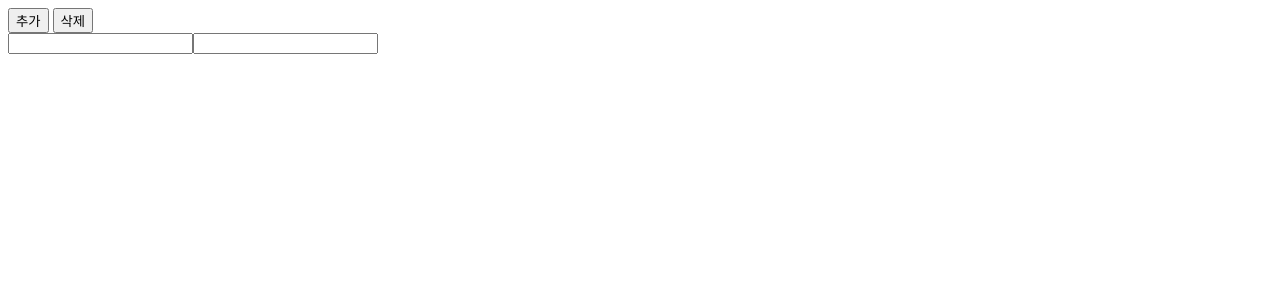
Repository: shouvoo/bitAcademy
Page: work/jsp/06_javascript/WebContent/08_ajax/test12_quiz.html
An editor plug-in stored every save of this project. The page is shown before and after the next save, followed by the edit.
The browser window is 1280 px wide. The pictures show the whole page.
After loading, the first visible `#btn0` was clicked once.
Some web libraries are served in a nearby version.

Above is the page before, as saved 2017-11-15 08:18:13.

### work/jsp/06_javascript/WebContent/08_ajax/test12_quiz.html
<!DOCTYPE html>
<html>
<head>
<meta charset="UTF-8">
<title>Insert title here</title>
<script
  src="https://code.jquery.com/jquery-3.2.1.js"
  integrity="sha256-DZAnKJ/6XZ9si04Hgrsxu/8s717jcIzLy3oi35EouyE="
  crossorigin="anonymous">
</script>
</head>
<body>
	<button id="btn0">추가</button>
	<button id="btn1">삭제</button>

	<div id="container"></div>


	<script type="text/javascript">

		var $btn0 = $("#btn0");
		var $btn1 = $("#btn1");

		var con = $("#container");

		$btn0.click(function (e){
			var inputDiv = $("<div>").text("코드값")
			for(var i = 0; i < 2; i++)
			{
				var inputObj = $("<input>");
				con.append(inputObj);
			}

		})

		$btn1.click(function (e){
			alert("aa")
		})


	</script>

</body>
</html>

After the next save:
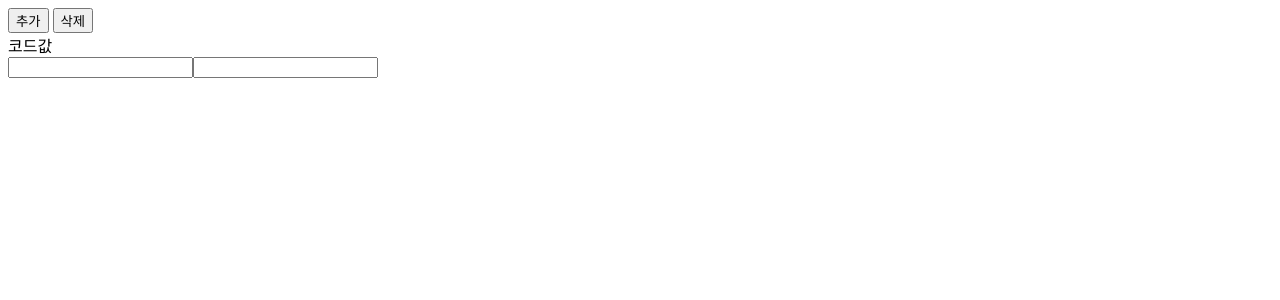
Saved 15 s later.
--- a/work/jsp/06_javascript/WebContent/08_ajax/test12_quiz.html
+++ b/work/jsp/06_javascript/WebContent/08_ajax/test12_quiz.html
@@ -25,6 +25,7 @@
 
 		$btn0.click(function (e){
 			var inputDiv = $("<div>").text("코드값")
+			con.append(inputDiv);
 			for(var i = 0; i < 2; i++)
 			{
 				var inputObj = $("<input>");
